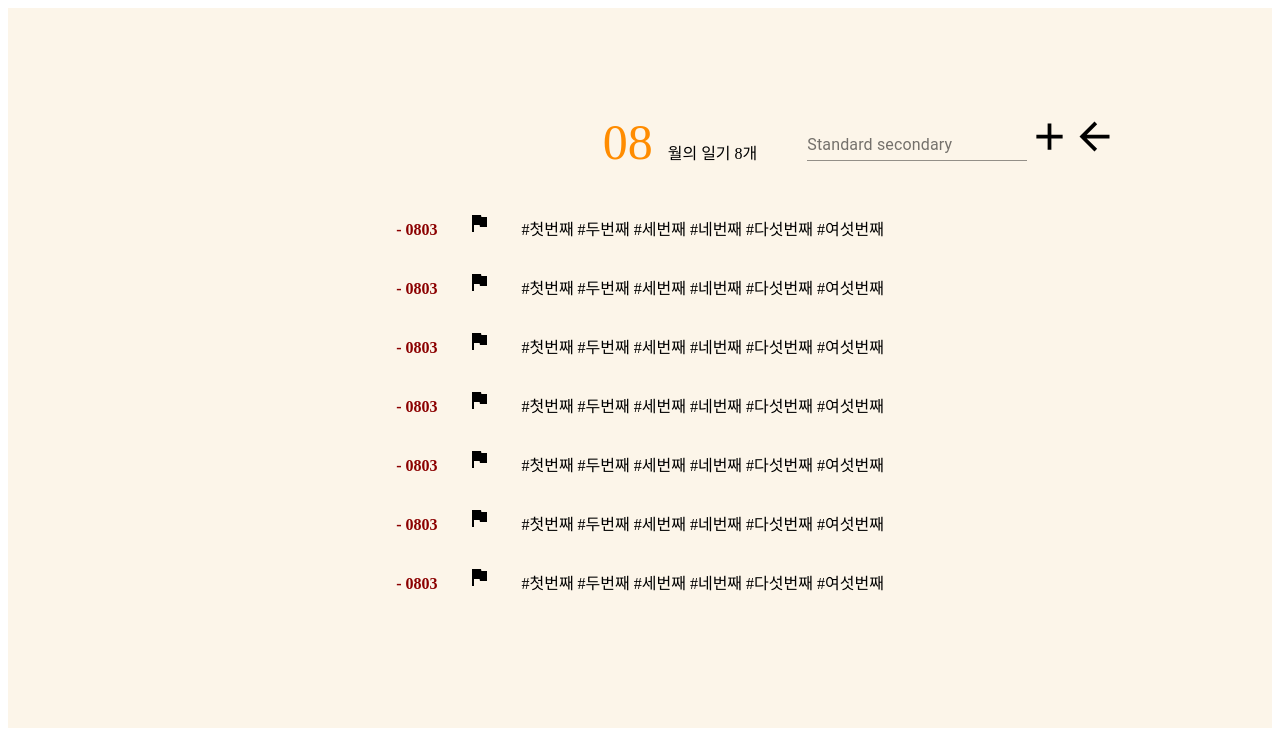
Repository: IMHANA/diary
Page: /list
An editor plug-in stored every save of this project. The page is shown before and after the next save, followed by the edit.
The browser window is 1280 px wide. The pictures show the whole page.
The project was rebuilt for these pictures with package versions that can differ from the ones it lists, and the page was loaded fresh each time. Also part of the build but not shown: src/App.css, src/pages/Main/main.js, src/pages/Month/month.js.

Above is the page before, as saved 2021-08-05 17:45:06.

### src/App.js
import './App.css';
import React, { Component } from 'react'
import MainTemplates from './components/MainTemplates';

class App extends Component {
  render() {
    console.log('메인을 불러온다!')
    return (
      <div>
        <MainTemplates/>
      </div>
    )
  }
}

export default App;

### src/components/MainTemplates.js
import React, { Component } from 'react'
import Main from '../pages/Main/main';
import Month from '../pages/Month/month';
import DayList from '../pages/DayList/dayList';
import { BrowserRouter as Router, Route, Switch, Link} from 'react-router-dom';

export default class MainTemplates extends Component {
    render() {
        return (
            <Router>
                <Switch>
                    <Route exact path='/' component={Main}/>
                    <Route path='/monthly' component={ Month }/>
                    <Route path='/list' component={ DayList} />
                </Switch>
            </Router>
        )
    }
}

### src/pages/DayList/dayList.js
import React, { Component } from 'react';
import { Add, ArrowBack , Flag} from '@material-ui/icons'
import TextField from '@material-ui/core/TextField';
import '../DayList/dayList.css';

export default class dayList extends Component {
    render() {
        return (
            <div id='container'>
                <div id='sub_box'>
                    <div className='list_title'>
                        <span id='month'>08</span><span id='month_sub'>월의 일기 8개</span>
                        <TextField id="standard-secondary" label="Standard secondary" color="secondary" />
                        <Add style={{fontSize: '45px'}}/>
                        <ArrowBack style={{fontSize: '45px'}} />
                    </div>
                    <div id='title'

                    ></div>
                    <div>
                        <div className='list_box'>
                            <span className='date'>- 0803</span>
                            <Flag className='icon'/>
                            <span>#첫번째 #두번째 #세번째 #네번째 #다섯번째 #여섯번째</span>
                        </div>
                        <div className='list_box'>
                            <span className='date'>- 0803</span>
                            <Flag className='icon'/>
                            <span>#첫번째 #두번째 #세번째 #네번째 #다섯번째 #여섯번째</span>
                        </div>
                        <div className='list_box'>
                            <span className='date'>- 0803</span>
                            <Flag className='icon'/>
                            <span>#첫번째 #두번째 #세번째 #네번째 #다섯번째 #여섯번째</span>
                        </div>
                        <div className='list_box'>
                            <span className='date'>- 0803</span>
                            <Flag className='icon'/>
                            <span>#첫번째 #두번째 #세번째 #네번째 #다섯번째 #여섯번째</span>
                        </div>
                        <div className='list_box'>
                            <span className='date'>- 0803</span>
                            <Flag className='icon'/>
                            <span>#첫번째 #두번째 #세번째 #네번째 #다섯번째 #여섯번째</span>
                        </div>
                        <div className='list_box'>
                            <span className='date'>- 0803</span>
                            <Flag className='icon'/>
                            <span>#첫번째 #두번째 #세번째 #네번째 #다섯번째 #여섯번째</span>
                        </div>
                        <div className='list_box'>
                            <span className='date'>- 0803</span>
                            <Flag className='icon'/>
                            <span>#첫번째 #두번째 #세번째 #네번째 #다섯번째 #여섯번째</span>
                        </div>
                    </div>
                    <div>

                    </div>
                </div>
            </div>
        )
    }
}

### src/pages/Main/main.css
#container {
    display: flex;
    flex-direction:column;

    height: 100vh;

    justify-content: center;
    align-items: center;
    background-color:rgb(252, 245, 233);
}

input[placeholder] {
    text-align: center;
    width: 150px;
    height: 35px;
    margin-bottom: 10px;
}

#login_btn, #sign_up_btn {
    width: 50px;
    height: 50px;
    border-radius: 50%;
    outline: none;
    border: none;
}

#btn_box {
    display: flex;
    justify-content: space-around;
    width: 150px;

}

#login_btn {
    background-color: rgb(255, 182, 45);
    margin-left: 50px;
}
#sign_up_btn {
    background-color: rgb(55, 137, 139);
}

#login_btn:hover {
    cursor: pointer;
    background-color: rgb(218, 153, 35);
}
#sign_up_btn:hover {
    cursor: pointer;
    background-color: rgb(51, 123, 124);
}

### src/pages/Month/month.css
#container {
    margin: 0;
    display: flex;
    flex-direction: column;
    justify-content: center;
    align-items: center;
}

.month_box_container {
    display: flex;
    width: 990px;
    height: 150px;
}
.month_box_container .calendar-item {
    /* display: inline-block; */
    border: 1px solid rgb(243, 243, 243);
    flex:1;
    padding-top: 10px;
    padding-left: 15px;
}

.month_box_container .calendar-item span.title{
    font-size: 40px;
    color:darkgrey;
    cursor: pointer;
    /* margin-top: 10px;
    margin-bottom: 10px; */
}

.month_box_container .calendar-item span.title:hover{
    color:rgb(252, 169, 76);
}

/* .first-floor span.title{
    color: red;
    height: 40px;
} */

#year_row {
    margin-top: 50px;
}

#year_row span {
    padding: 0 15px 0 15px;
}

### src/pages/DayList/dayList.css
#container {
    display: flex;
    flex-direction: column;
    justify-content: center;
    align-items: center;
    height: 100vh;

}

.list_title {
    margin-bottom: 40px;
}

#month {
    color:darkorange;
    font-size: 50px;
    margin-left: 440px;
}

#month_sub {
    margin: 0 50px 0 15px;
}

#sub_box {
    display: flex;
    flex-direction: column;
    justify-content: center;
    align-items: center;
}
.list_box {
    margin-bottom: 30px;
}
.icon {
    padding: 0 30px 0 30px;
}

.date {
    font-weight: bolder;
    color:darkred;
}

Loaded but not shown: public/index.html (common file); src/index.js (common file)

After the next save:
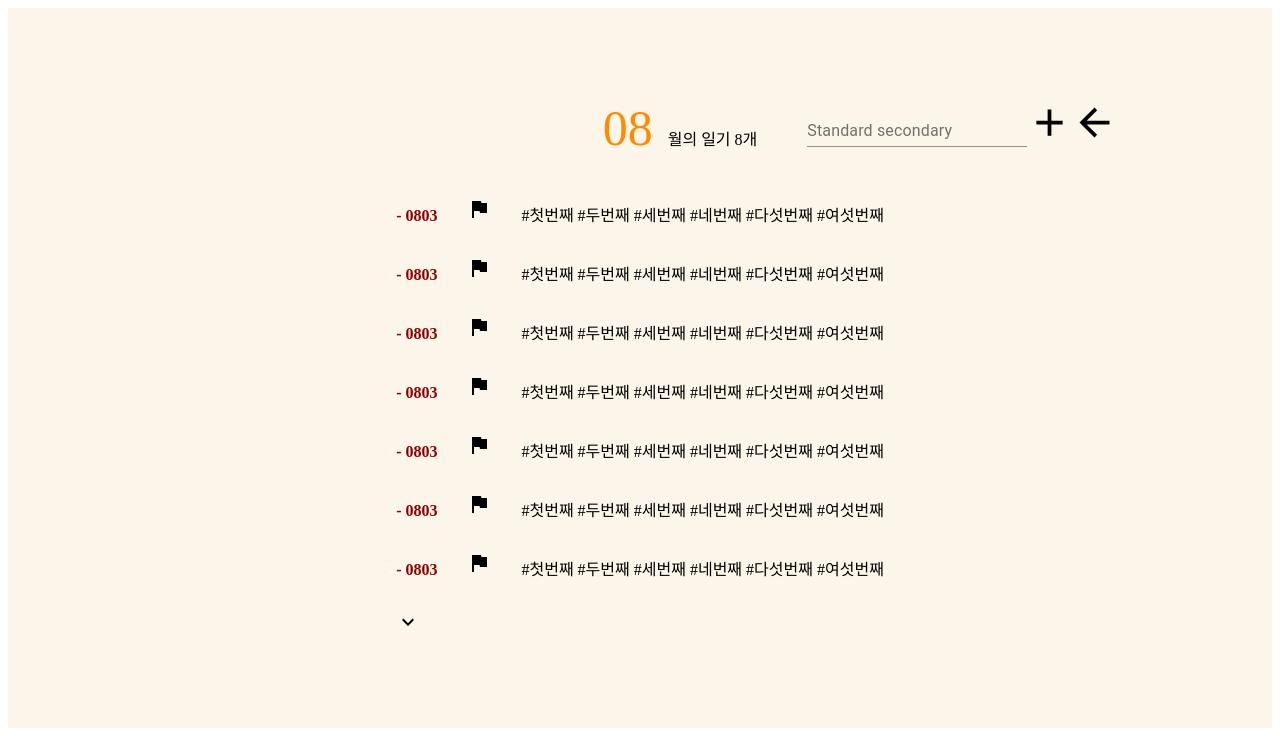
Saved 99 s later.
--- a/src/pages/DayList/dayList.js
+++ b/src/pages/DayList/dayList.js
@@ -1,5 +1,5 @@
 import React, { Component } from 'react';
-import { Add, ArrowBack , Flag} from '@material-ui/icons'
+import { Add, ArrowBack , Flag, ExpandMore} from '@material-ui/icons'
 import TextField from '@material-ui/core/TextField';
 import '../DayList/dayList.css';
 
@@ -53,6 +53,9 @@ export default class dayList extends Component {
                             <Flag className='icon'/>
                             <span>#첫번째 #두번째 #세번째 #네번째 #다섯번째 #여섯번째</span>
                         </div>
+                        <div>
+                            <ExpandMore/>
+                        </div>
                     </div>
                     <div>
 
